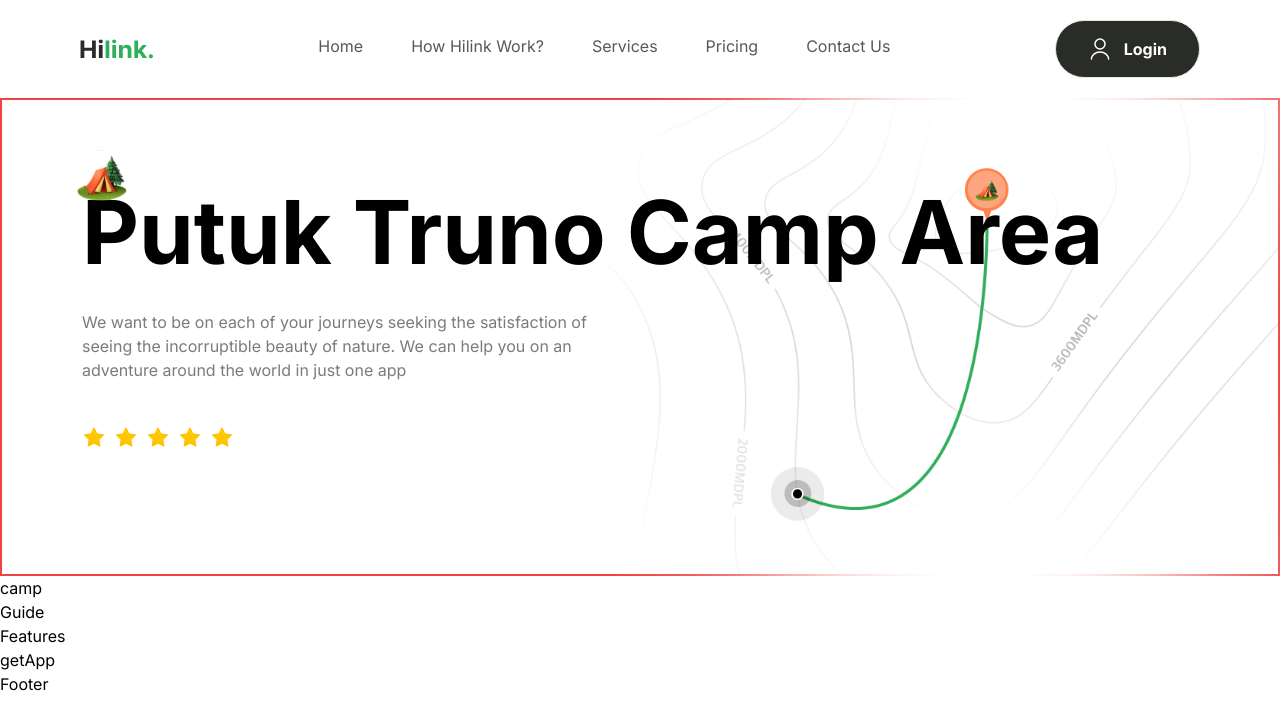
Repository: tarun4141/travel-app
Page: /
These files come from the project's save history. The page is drawn as it stood at one moment and after a run of saves; the edit follows.
The browser window is 1280 px wide. The pictures show the whole page.
The project was rebuilt for these pictures with package versions that can differ from the ones it lists, and the page was loaded fresh each time. The framework's server and built-in components were replaced by stand-ins that run in the browser. Also part of the build but not shown: next.config.mjs.

Above is the page before, as saved 2024-06-23 03:02:00.

### app/layout.tsx
import type { Metadata } from "next";

import "./globals.css";
import Navbar from "@/components/Navbar";
import Footer from "@/components/Footer";



export const metadata: Metadata = {
  title: "Travel App",
  description: "Travel next app",
};

export default function RootLayout({
  children,
}: Readonly<{
  children: React.ReactNode;
}>) {
  return (
    <html lang="en">

      <body >

      <Navbar/>
      <main className="relative overflow-hidden">
      {children}

      </main>

      <Footer/>
      </body>
    </html>
  );
}

### app/page.tsx
import Camp from "@/components/Camp";
import Features from "@/components/Features";
import GetApp from "@/components/GetApp";
import Guide from "@/components/Guide";
import Hero from "@/components/Hero";


export default function Home() {
  return (
  <>
  <Hero/>
  <Camp/>
  <Guide/>
  <Features/>
  <GetApp/>

  </>
  );
}

### components/Navbar.tsx
import { NAV_LINKS } from '@/constants'
import Image from 'next/image'
import Link from 'next/link'
import React from 'react'
import Button from './Button'

const Navbar = () => {
  return (
   <nav className='
  flexBetween max-container
  padding-container
  relative z-30 py-5 '>
   <Link href="/">
   <Image src="/hilink-logo.svg"
   alt='logo'
   width={74}
   height={29}
   />


   </Link>
   <ul className='hidden h-full gap-12 lg:flex'>

   {NAV_LINKS.map((link)=>(
      <Link href={link.href} key={link.key}
      className='regular-16 text-gray-50 flexCenter cursor-pointer pb-1.5 transition-all hover:font-bold '>
      {link.label}
      </Link>
   ))}


 </ul>

<div className='lg:flexCenter hidden'>
   <Button
   type="button"
   title="Login"
   icon="/user.svg"
   variant="btn_dark_green"
   />
</div>
<Image
src="menu.svg"
alt='menu'
width={32}
height={32}
className='inline-block cursor-pointer lg:hidden'

/>



   </nav>
  )
}

export default Navbar

### components/Camp.tsx
import React from 'react'

const Camp = () => {
  return (
    <div>
      camp
    </div>
  )
}

export default Camp

### components/Features.tsx
import React from 'react'

const Features = () => {
  return (
    <div>
      Features
    </div>
  )
}

export default Features

### components/GetApp.tsx
import React from 'react'

const GetApp = () => {
  return (
    <div>
      getApp
    </div>
  )
}

export default GetApp

### components/Guide.tsx
import React from 'react'

const Guide = () => {
  return (
    <div>
      Guide
    </div>
  )
}

export default Guide

### components/Hero.tsx
import Image from 'next/image'
import React from 'react'

const Hero = () => {
  return (
    <section className='max-container padding-container flex flex-col
    gap-20 py-10 pb-32 md:gap-28 lg:py-20 xl:flex-row border-2
     border-red-500'>

        <div className='hero-map'></div>

        <div className='relative z-20 flex flex-1 flex-col xl:w-1/2' >
        <Image
        src="/camp.svg"
        alt='camp'
        width={50}
        height={50}
        className='absolute left-[-5px] top-[-30px] w-10 lg:w-[50px]'
        />
        <h1 className='bold-52 lg:bold-88'>Putuk Truno Camp Area</h1>
        <p className="regular-16 mt-6 text-gray-30 xl:max-w-[520px]">
          We want to be on each of your journeys seeking the satisfaction of seeing the incorruptible beauty of nature. We can help you on an adventure around the world in just one app
        </p>
        <div className='my-11 flex fle-wrap gap-5'>
            <div className='flex items-center gap-2'>
                {
                    Array(5).fill(1).map((_,index)=>(
                        <Image
                        src="/star.svg"
                        alt='star'
                        key={index}
                        width={24}
                        height={24}
                        />
                    ))
                }



            </div>
            <p className='bold-16 lg:bold-20 text-blue-70'></p>


        </div>





        </div>



    </section>
  )
}

export default Hero

### constants/index.ts
//NAVIGATION
export const NAV_LINKS = [
    { href: '/', key: 'home', label: 'Home' },
    { href: '/', key: 'how_hilink_work', label: 'How Hilink Work?' },
    { href: '/', key: 'services', label: 'Services' },
    { href: '/', key: 'pricing ', label: 'Pricing ' },
    { href: '/', key: 'contact_us', label: 'Contact Us' },
  ];

  // CAMP SECTION
  export const PEOPLE_URL = [
    '/person-1.png',
    '/person-2.png',
    '/person-3.png',
    '/person-4.png',
  ];

  // FEATURES SECTION
  export const FEATURES = [
    {
      title: 'Real maps can be offline',
      icon: '/map.svg',
      variant: 'green',
      description:
        'We provide a solution for you to be able to use our application when climbing, yes offline maps you can use at any time there is no signal at the location',
    },
    {
      title: 'Set an adventure schedule',
      icon: '/calendar.svg',
      variant: 'green',
      description:
        "Schedule an adventure with friends. On holidays, there are many interesting offers from Hilink. That way, there's no more discussion",
    },
    {
      title: 'Technology using augment reality',
      icon: '/tech.svg',
      variant: 'green',
      description:
        'Technology uses augmented reality as a guide to your hiking trail in the forest to the top of the mountain. Already supported by the latest technology without an internet connection',
    },
    {
      title: 'Many new locations every month',
      icon: '/location.svg',
      variant: 'orange',
      description:
        'Lots of new locations every month, because we have a worldwide community of climbers who share their best experiences with climbing',
    },
  ];

  // FOOTER SECTION
  export const FOOTER_LINKS = [
    {
      title: 'Learn More',
      links: [
        'About Hilink',
        'Press Releases',
        'Environment',
        'Jobs',
        'Privacy Policy',
        'Contact Us',
      ],
    },
    {
      title: 'Our Community',
      links: ['Climbing xixixi', 'Hiking hilink', 'Hilink kinthill'],
    },
  ];

  export const FOOTER_CONTACT_INFO = {
    title: 'Contact Us',
    links: [
      { label: 'Admin Officer', value: '123-456-7890' },
      { label: 'Email Officer', value: 'hilink@akinthil.com' },
    ],
  };

  export const SOCIALS = {
    title: 'Social',
    links: [
      '/facebook.svg',
      '/instagram.svg',
      '/twitter.svg',
      '/youtube.svg',
      '/wordpress.svg',
    ],
  };

### components/Button.tsx
import Image from "next/image";


type ButtonProps ={
  type: "button"|"submit";
  title:string;
  icon?:string;
  variant:'btn_dark_green'
}

const Button = ({type,title,icon,variant}:ButtonProps) => {
  return (
    <button
    className={`flexCenter gap-3 rounded-full border ${variant}`}

    type={type}>

        {icon && <Image src={icon} alt={title} width={24} height={24} />}
   <label className="bold-16 whitespace-nowrap">{title}</label>

    </button>

  )
}

export default Button

Loaded but not shown: app/globals.css (common file); components/Footer.tsx (common file); tailwind.config.ts (common file)

After the next 3 saves:
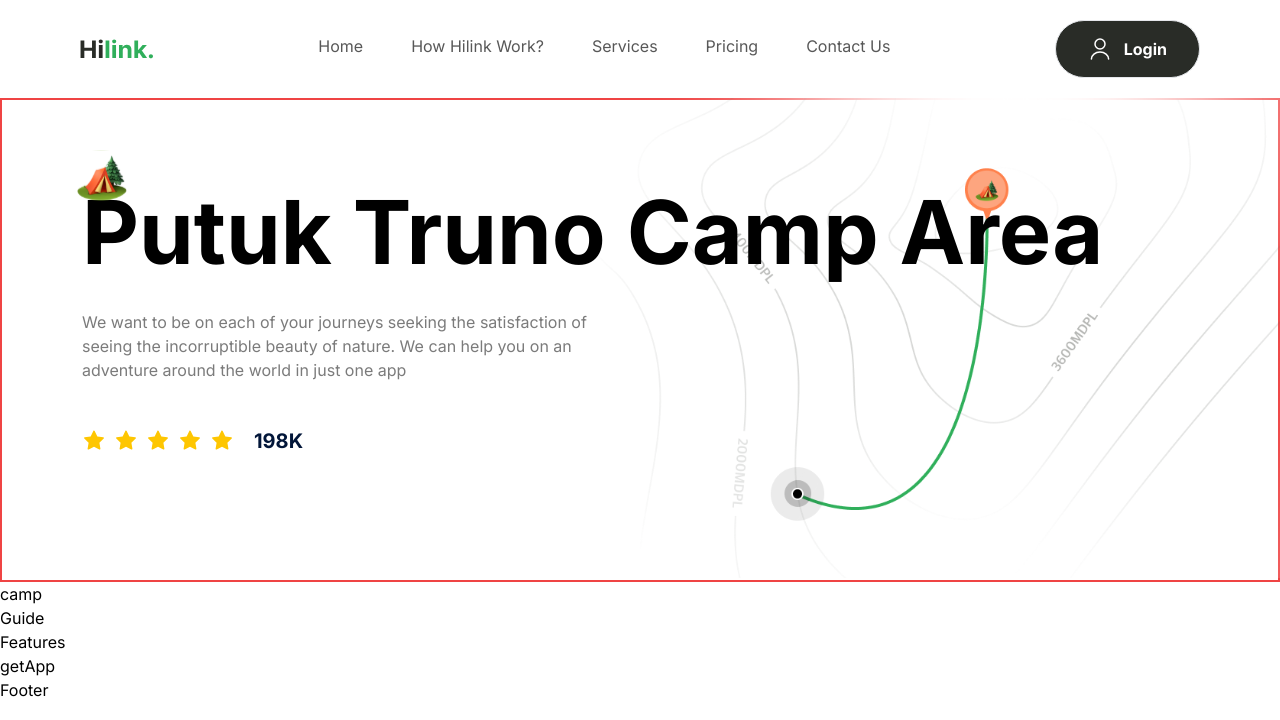
The 3 saves are shown as one change because they came seconds apart.
The last was saved 6 s later.
--- a/components/Hero.tsx
+++ b/components/Hero.tsx
@@ -38,7 +38,7 @@
 
 
             </div>
-            <p className='bold-16 lg:bold-20 text-blue-70'></p>
+            <p className='bold-16 lg:bold-20 text-blue-70'>198K</p>
 
 
         </div>
